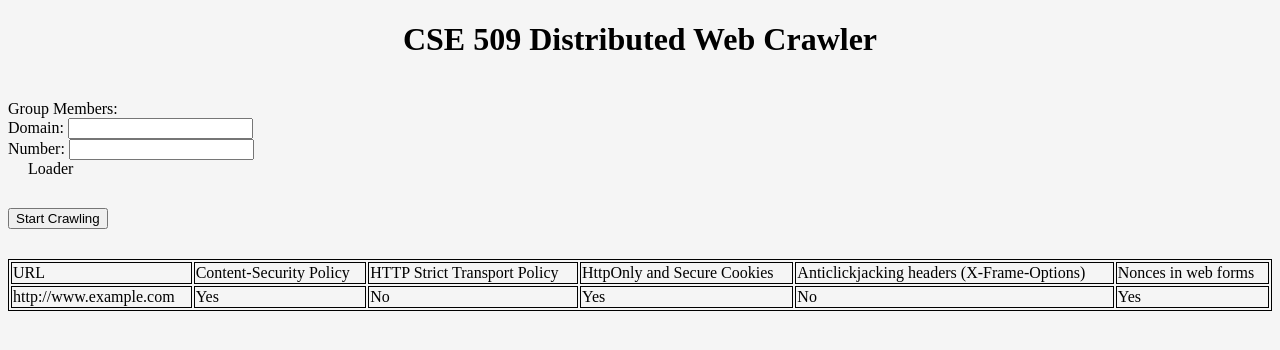
Repository: mfleish3/Crawler
Page: cse509/Crawling/WebContent/index.html
The author's editor kept a copy of each file at every save. The page is drawn from the files as they stood at one save, then again after the next save.
The browser window is 1280 px wide. The pictures show the whole page.
Some web libraries are served in a nearby version.

Above is the page before, as saved 2015-11-07 22:54:30.

After the next save:
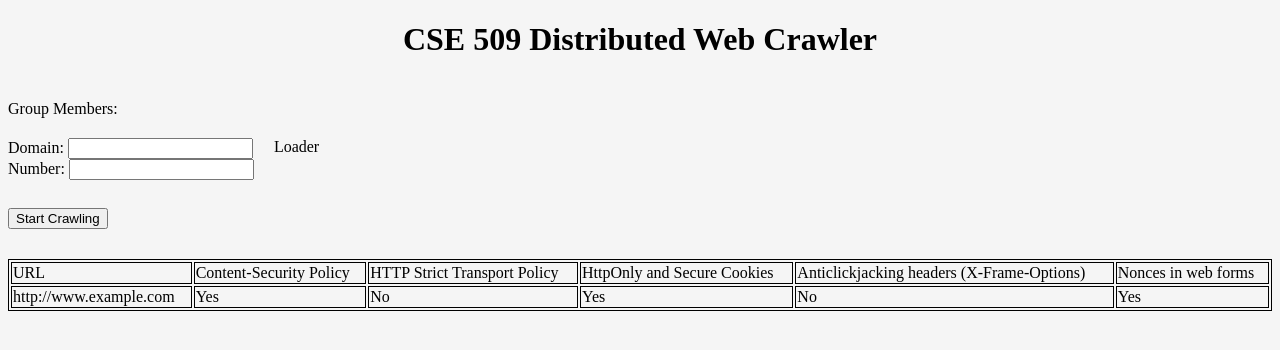
Saved 15 s later.
--- a/cse509/Crawling/WebContent/index.html
+++ b/cse509/Crawling/WebContent/index.html
@@ -21,7 +21,7 @@
 	  	</div>
 
 	  	<div id="content">
-		  	<div id="divInput">
+		  	<div class="inputContent" id="divInput">
 		  		<div>
 		  			<span>Domain:</span>
 		  			<input id="domainName" type="text" name="name">
@@ -31,7 +31,7 @@
 		  			<input id="numberPages" type="text" name="number">
 		  		</div>
 		  	</div>
-		  	<div id="loader">
+		  	<div class="inputContent" id="loader">
 		  		<img src="">Loader</img>
 		  	</div>
 		</div>
